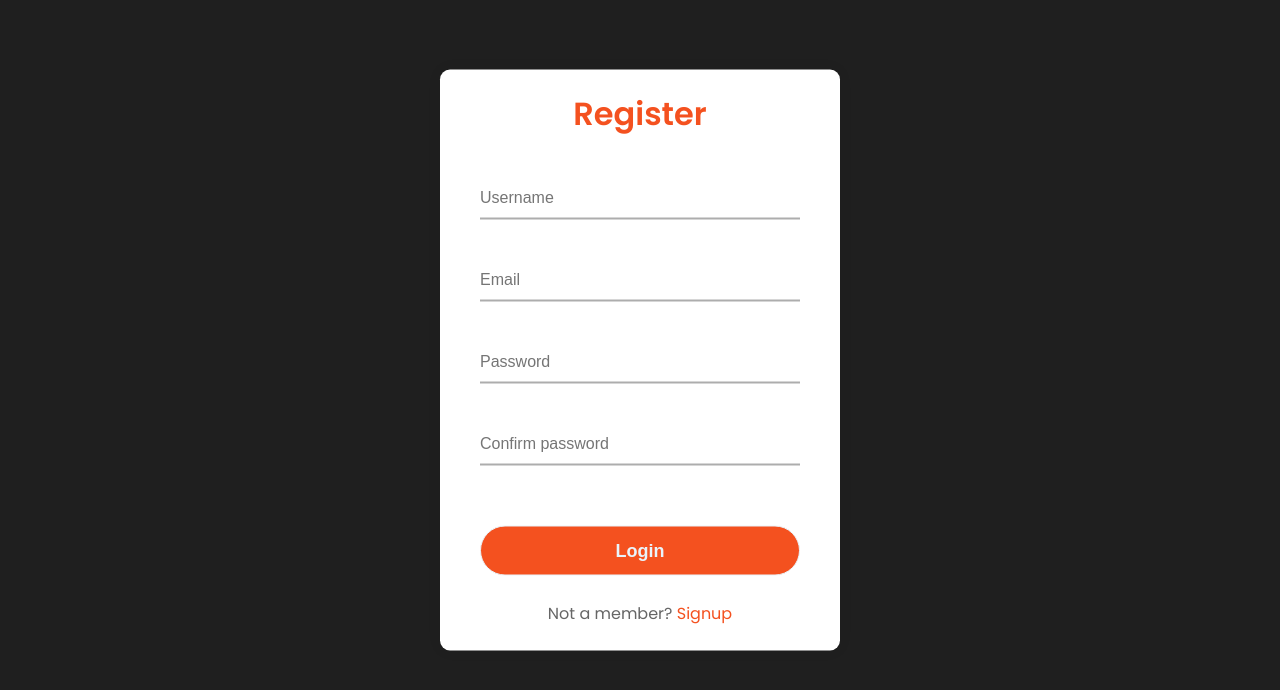
Repository: long5122000/Shopc
Page: register.html
An editor plug-in stored every save of this project. The page is shown before and after the next save, followed by the edit.
The browser window is 1280 px wide. The pictures show the whole page.
The style sheet was rebuilt from its Sass, Less or Tailwind sources for each picture, by a compiler version that may differ from the author's.

Above is the page before, as saved 2021-11-30 20:55:50.

After the next save:
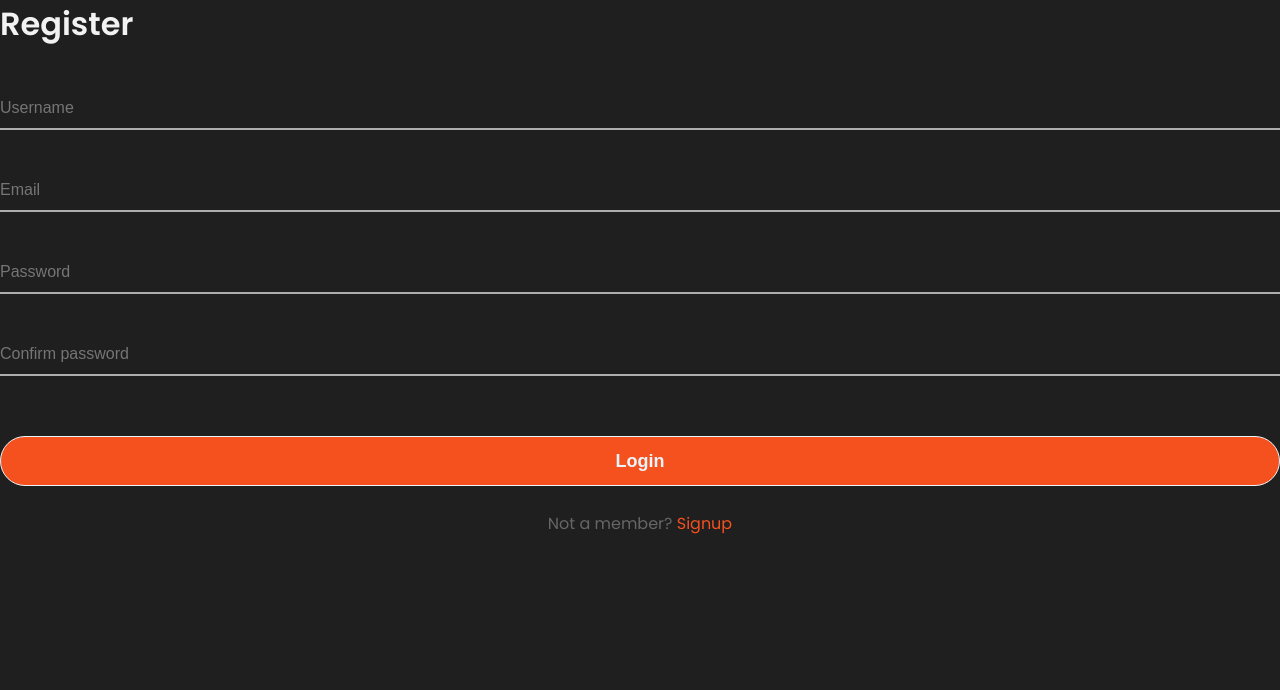
Saved 63 s later.
--- a/register.html
+++ b/register.html
@@ -8,7 +8,7 @@
     <link rel="stylesheet" href="./css/app.css" />
   </head>
   <body>
-    <div class="container">
+    <div class="container-ds">
       <h1>Register</h1>
       <form>
         <div class="form-control">
